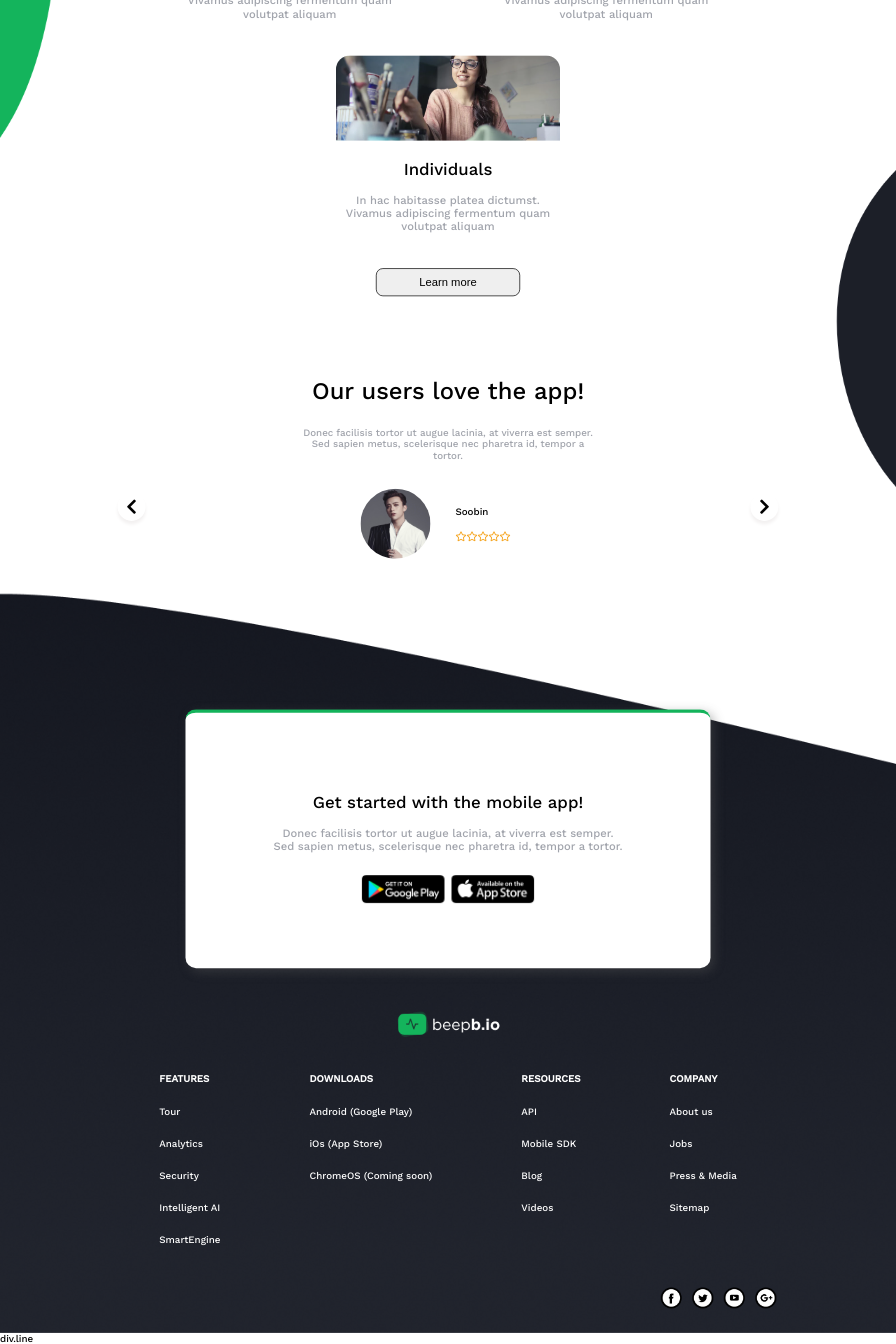
Repository: thinhnguyen347/thinhnguyen347.github.io
Page: cut-html-css/index.html
The author's editor kept a copy of each file at every save. The page is drawn from the files as they stood at one save, then again after a run of saves.
The browser window is 1280 px wide. The pictures show the part of the page from y = 2903 to 4823 px (the page is 4823 px tall before and 4807 px after), at 70% of full size.

Above is the page before, as saved 2021-11-14 09:20:53.

After the next 2 saves:
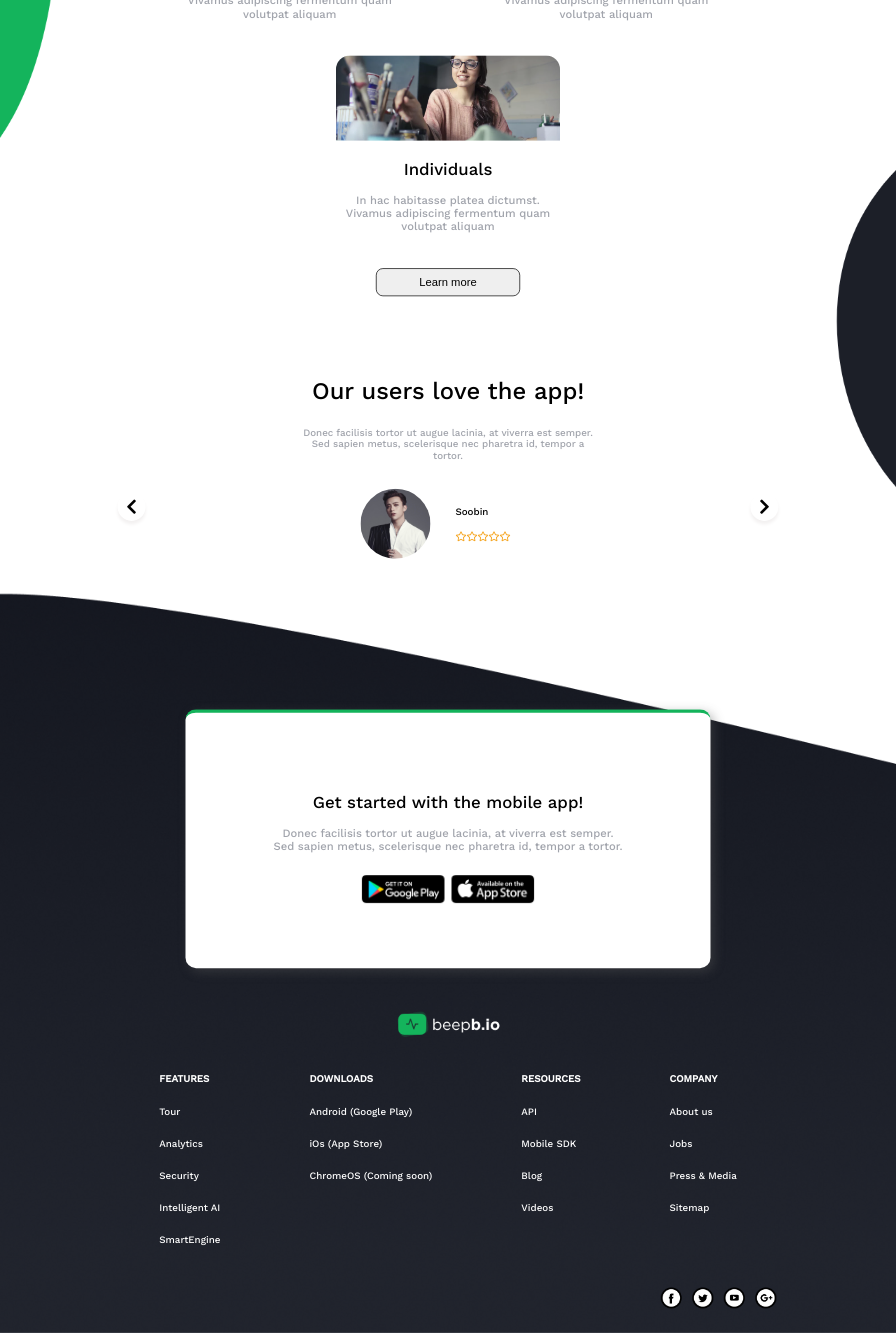
The 2 saves are shown as one change because they came seconds apart.
The last was saved 7 s later.
--- a/cut-html-css/index.html
+++ b/cut-html-css/index.html
@@ -337,7 +337,7 @@
     <div class="toast-end">
         <div class="toast-header"></div>
         <div class="toast-content"></div>
-        div.line
+        <div class="toast-line"></div>
     </div>
     <!-- SCRIPT -->
 
